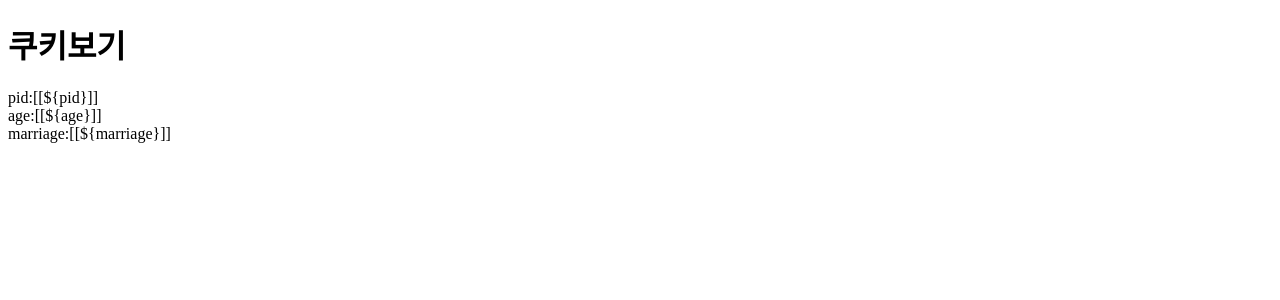
Repository: Yousehyeon/spring_work
Page: stsMvcProj/src/main/webapp/views/cookie/testviewReg.html
These files come from the project's save history. The page is drawn as it stood at one moment and after the next save; the edit follows.
The browser window is 1280 px wide. The pictures show the whole page.

Above is the page before, as saved 2023-08-22 03:47:37.

### stsMvcProj/src/main/webapp/views/cookie/testviewReg.html
<!DOCTYPE html>
<html xmlns="http://www.thymeleaf.org">
<head>
<meta charset="UTF-8">
<title>쿠키보기</title>
</head>
<body>
<h1>쿠키보기</h1>
pid:[[${pid}]]<br/>
age:[[${age}]]<br/>
marriage:[[${marriage}]]<br/>
</body>
</html>

After the next save:
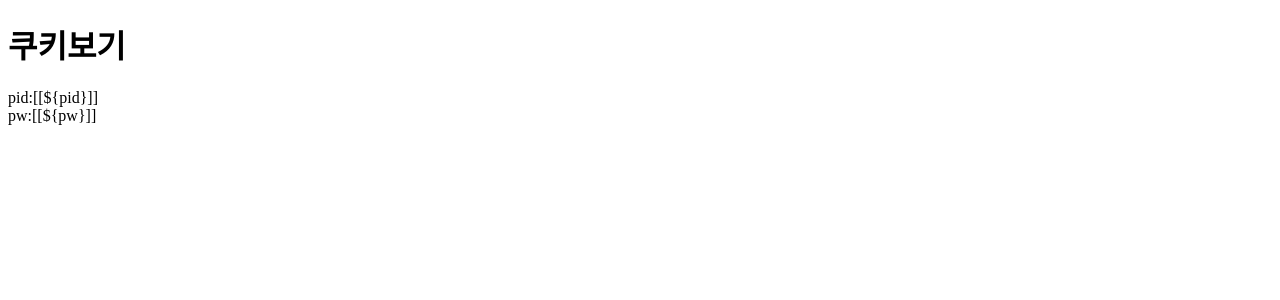
Saved 95 s later.
--- a/stsMvcProj/src/main/webapp/views/cookie/testviewReg.html
+++ b/stsMvcProj/src/main/webapp/views/cookie/testviewReg.html
@@ -7,7 +7,6 @@
 <body>
 <h1>쿠키보기</h1>
 pid:[[${pid}]]<br/>
-age:[[${age}]]<br/>
-marriage:[[${marriage}]]<br/>
+pw:[[${pw}]]<br/>
 </body>
 </html>
